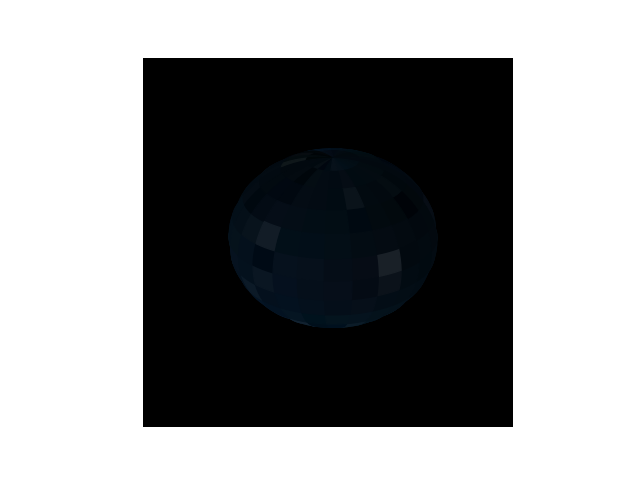
Repository: LimJieHan-2001/Python
Script's output: python sphere.py
An editor plug-in stored every save of this project. The script's output is shown before and after the next save, followed by the edit.
Random numbers start from a fixed seed. It also reads sphere_texture.jpg.

Above is the script's output before, as saved 2024-03-10 08:23:23.

After the next save:
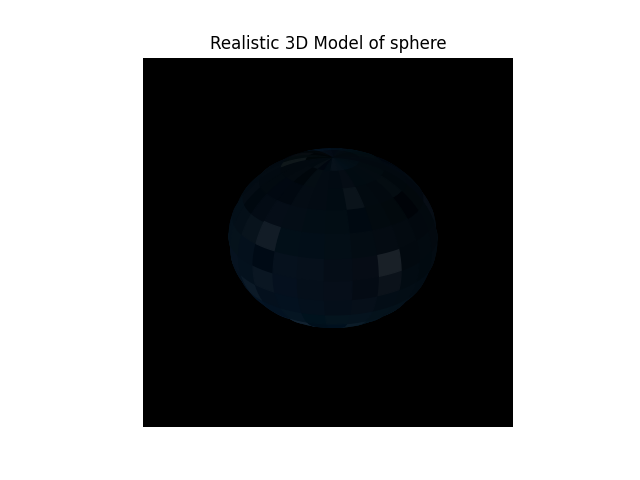
Saved 47 s later.
--- a/sphere.py
+++ b/sphere.py
@@ -33,6 +33,12 @@ ax.view_init(elev=25, azim=45)
 ax.azim = 150
 ax.dist = 8
 
+# Set labels and title
+ax.set_xlabel('X')
+ax.set_ylabel('Y')
+ax.set_zlabel('Z')
+ax.set_title('Realistic 3D Model of sphere')
+
 # Hide the axes
 ax.axis('off')
 
